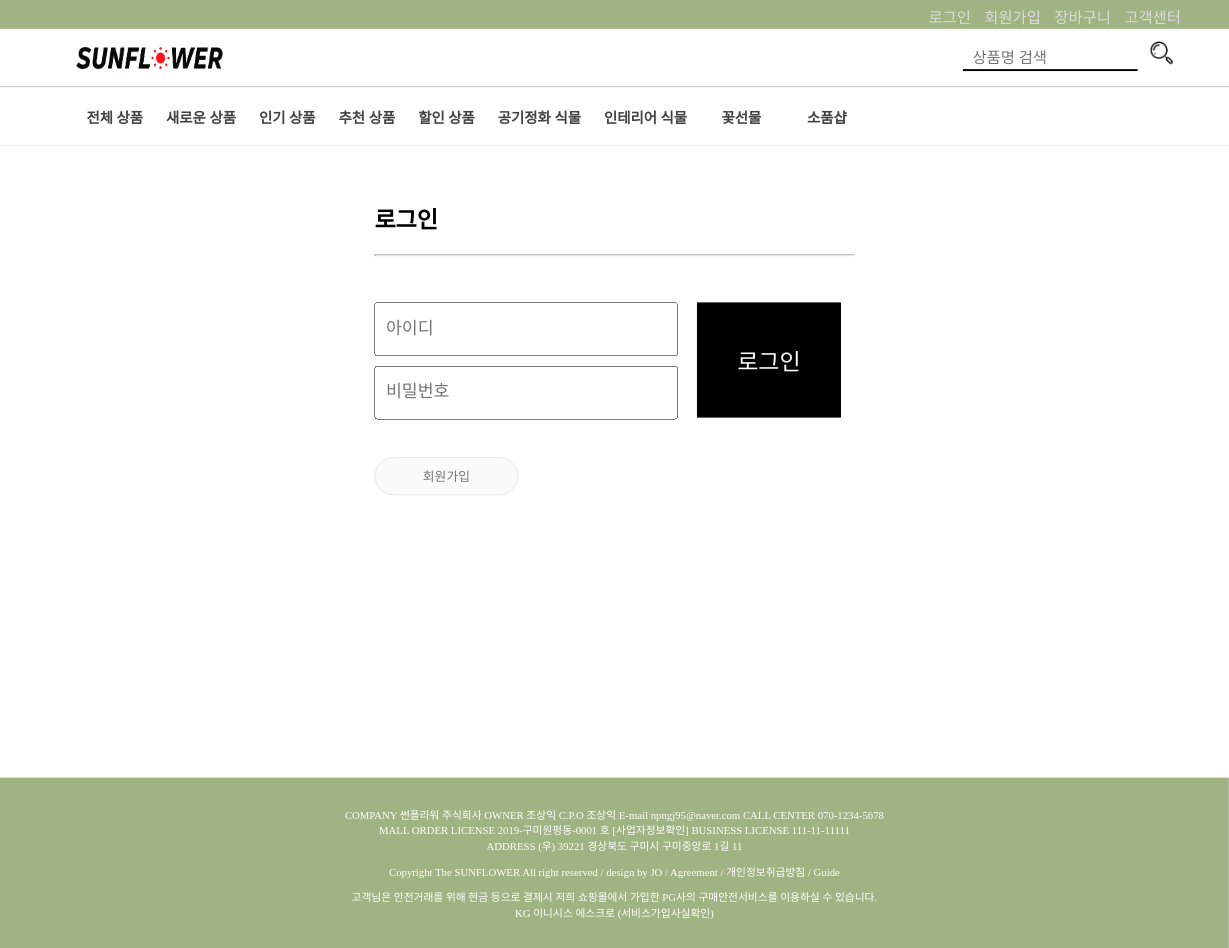
Repository: Jo-Sang-Ik/JSP_hompage
Page: http://localhost/home/member/loginForm.jsp
These files come from the project's save history. The page is drawn as it stood at one moment and after the next save; the edit follows.
The browser window is 1280 px wide. The pictures show the whole page, at 96% of full size.
Some web fonts or font styles are not loaded; a fallback is used. The page is served by Tomcat 9.

Above is the page before, as saved 2020-05-08 02:39:56.

After the next save:
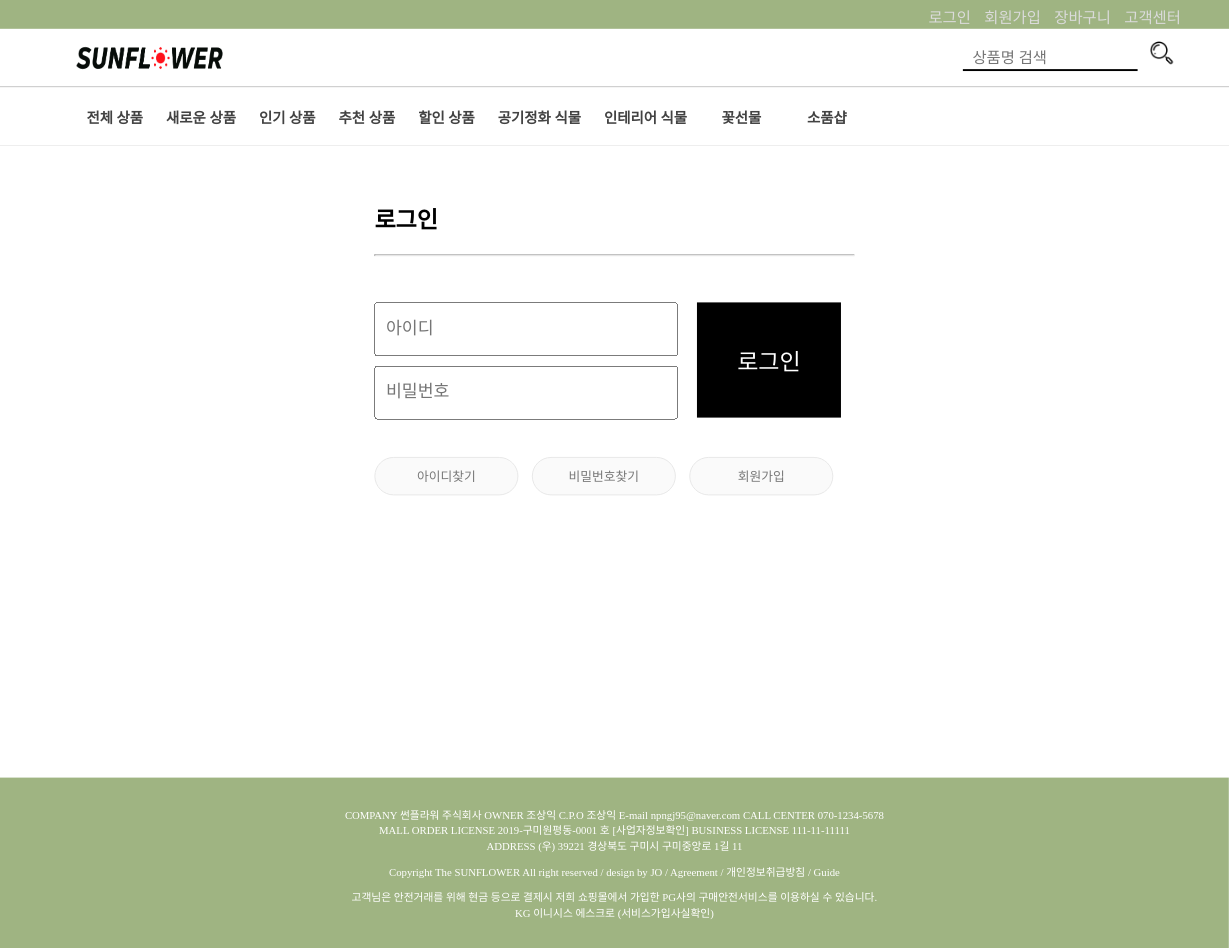
Saved 90 s later.
--- a/workspace/home/WebContent/member/loginForm.jsp
+++ b/workspace/home/WebContent/member/loginForm.jsp
@@ -32,6 +32,8 @@
 					<li>
 					</li>
 					<li>
+						<input type="button" class="searchbtn btns" value="아이디찾기" onclick="">
+						<input type="button" class="searchbtn btns" value="비밀번호찾기" onclick="">
 						<input type="button" class="searchbtn btns" id="joinbtn" value="회원가입" onclick="location.href='joinForm.jsp'">
 					</li>
 				</ul>
